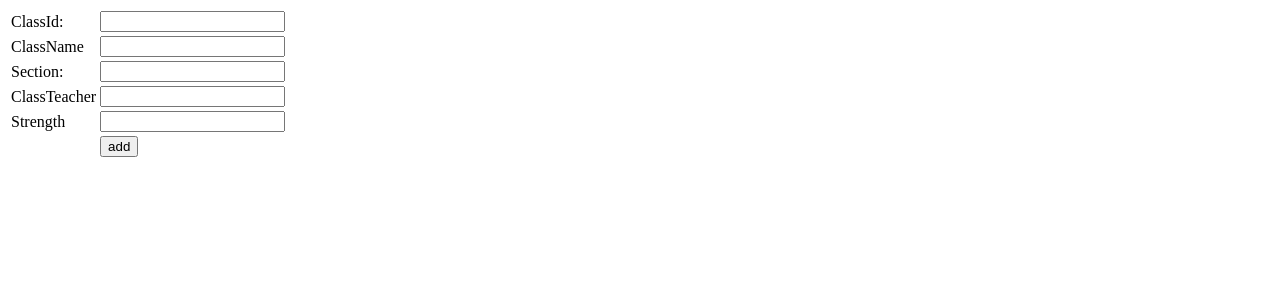
Repository: revanthkumar-paka/LearnersApp
Page: http://localhost/LearnersApp/classes.jsp
An editor plug-in stored every save of this project. The page is shown before and after the next save, followed by the edit.
The browser window is 1280 px wide. The pictures show the whole page.
The page is served by Tomcat 9. Other server files are loaded and not shown.

Above is the page before, as saved 2022-04-25 06:42:32.

### LearnersApp/src/main/webapp/classes.jsp
<%@ page language="java" contentType="text/html; charset=ISO-8859-1"
    pageEncoding="ISO-8859-1"%>
<!DOCTYPE html>
<html>
<head>
<meta charset="ISO-8859-1">
<title>Insert title here</title>
</head>
<body>
<form action="addClassServlet" method="post">
<table>
<tr>
<td>ClassId:</td>
<td><input name="classid"></td>
</tr>
<tr>
<td>ClassName</td>
<td><input name="classname"></td>
</tr>
<tr>
<td>Section:</td>
<td><input name="section"></td>
</tr>
<tr>
<td>ClassTeacher</td>
<td><input name="classteacher"></td>
</tr>
<tr>
<td>Strength</td>
<td><input name="strength"></td>
</tr>
<tr>
<td></td>
<td><input type="submit" value="add"></td>
</tr>
</table>
</form>
</body>
</html>

After the next save:
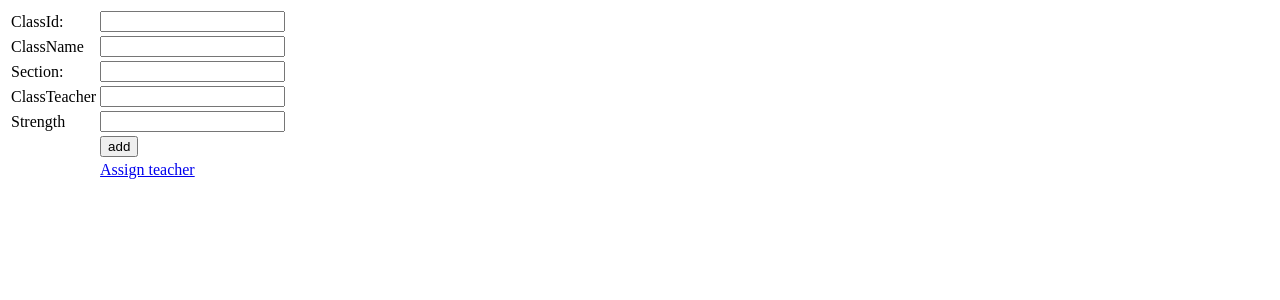
Saved 104 s later.
--- a/LearnersApp/src/main/webapp/classes.jsp
+++ b/LearnersApp/src/main/webapp/classes.jsp
@@ -33,6 +33,11 @@
 <td></td>
 <td><input type="submit" value="add"></td>
 </tr>
+<tr>
+<td></td>
+<td><a href="assign_teacher.jsp" role="button">Assign teacher</a></td>
+</tr>
+
 </table>
 </form>
 </body>
